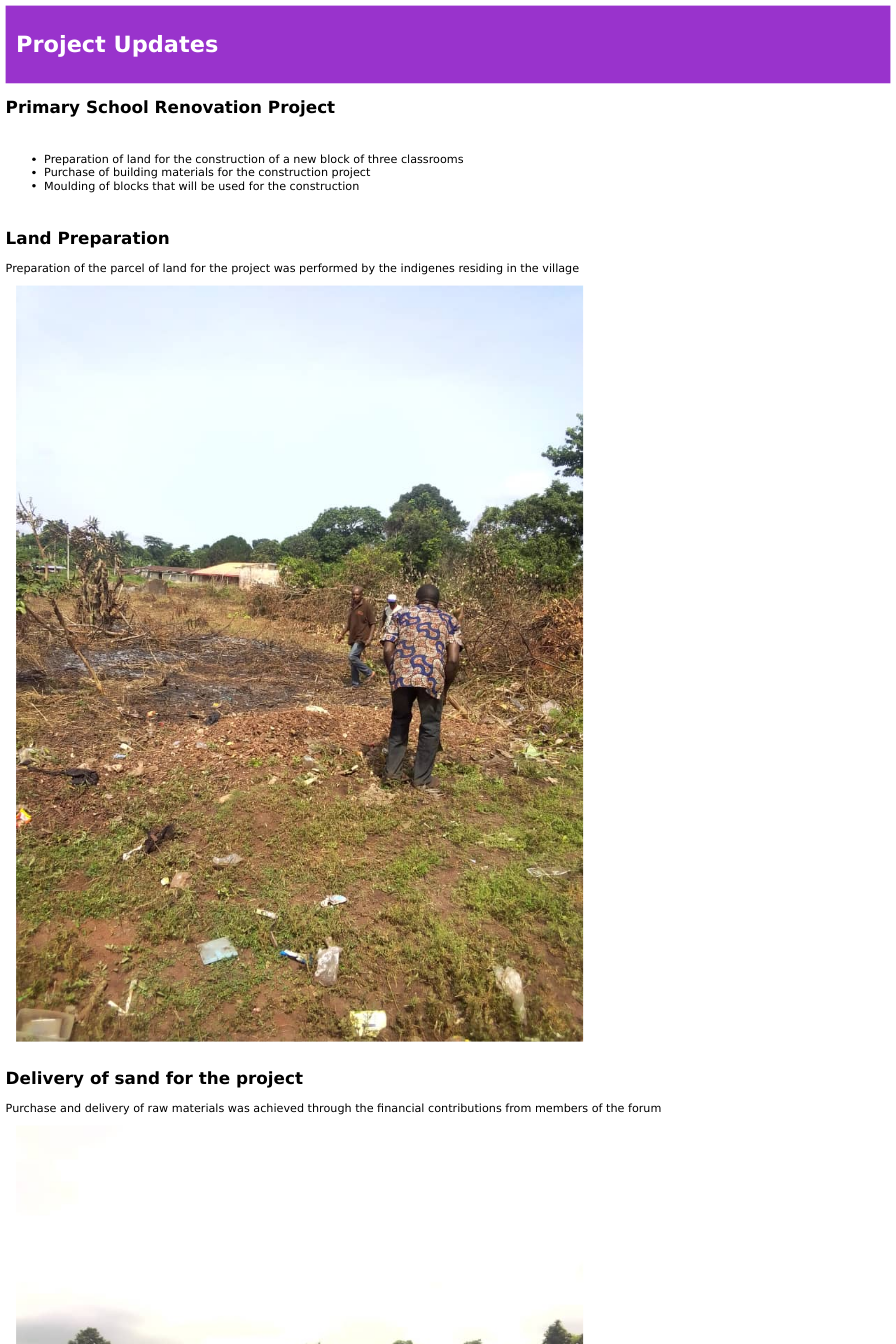
Repository: OtasowieRotimiOsifo/oheze-naka-forum
Page: projects_update_info.html
These files come from the project's save history. The page is drawn as it stood at one moment and after the next save; the edit follows.
The browser window is 1280 px wide. The pictures show the part of the page from y = 0 to 1920 px (the page is 7055 px tall before and 7150 px after), at 70% of full size.

Above is the page before, as saved 2021-07-23 23:50:02.

After the next save:
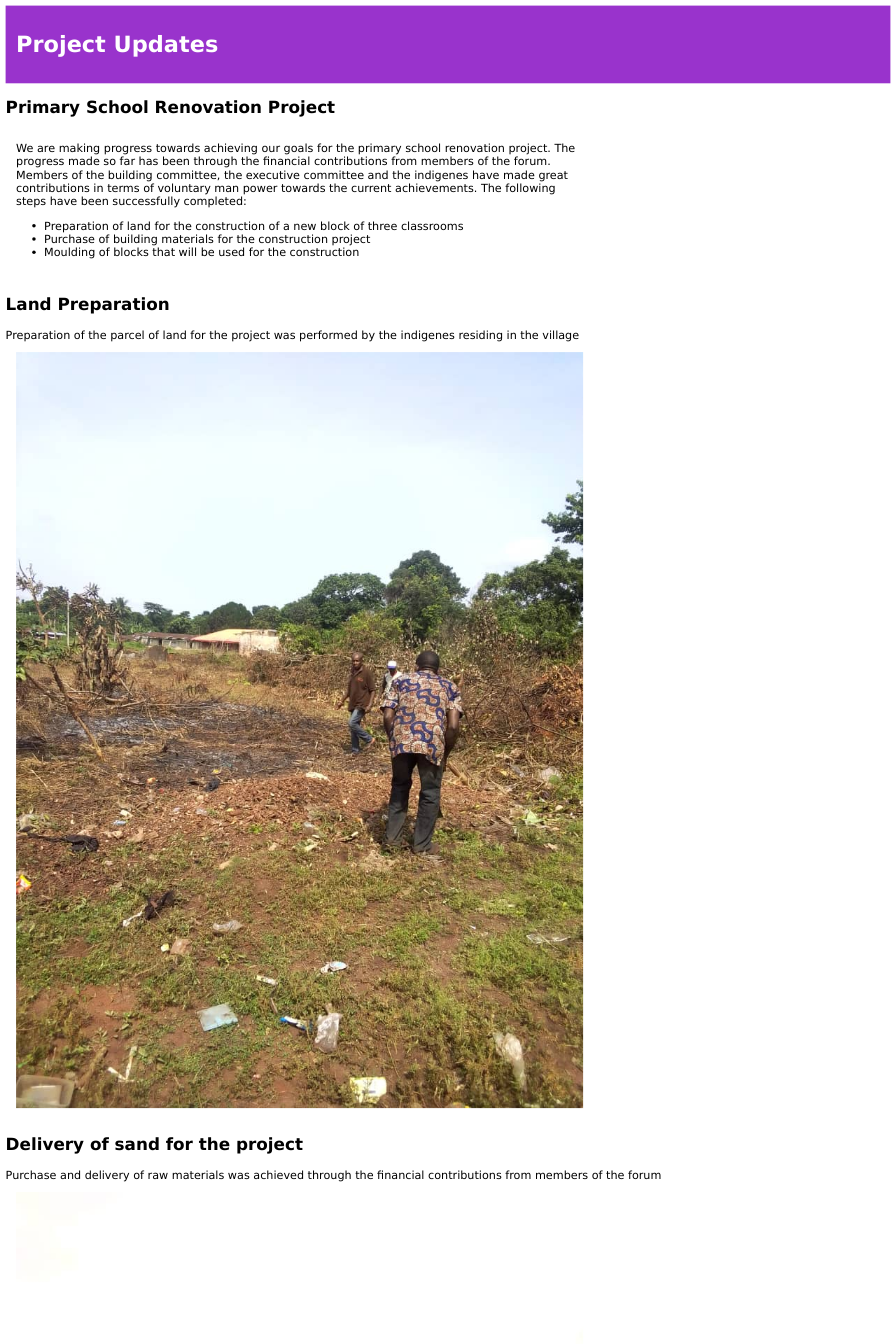
Saved 10 min 45 s later.
--- a/projects_update_info.html
+++ b/projects_update_info.html
@@ -110,8 +110,12 @@ html {
 <div class="row">
   <h2>Primary School Renovation Project</h2>
   <div class="col-8 col-s-9">
-
-      <ul>
+    <span>We are making progress towards achieving our goals for the primary school renovation project.</span>
+    <span>The progress made so far has been through the financial contributions from members of the forum.</span>
+    <span>Members of the building committee, the executive committee and the indigenes have made great </span>
+    <span>contributions in terms of voluntary man power towards the current achievements.</span>
+    <span>The following steps have been successfully completed:</span>
+    <ul>
         <li>Preparation of land for the construction of a new block of three classrooms</li>
         <li>Purchase of building materials for the construction project</li>
         <li>Moulding of blocks that will be used for the construction</li>
